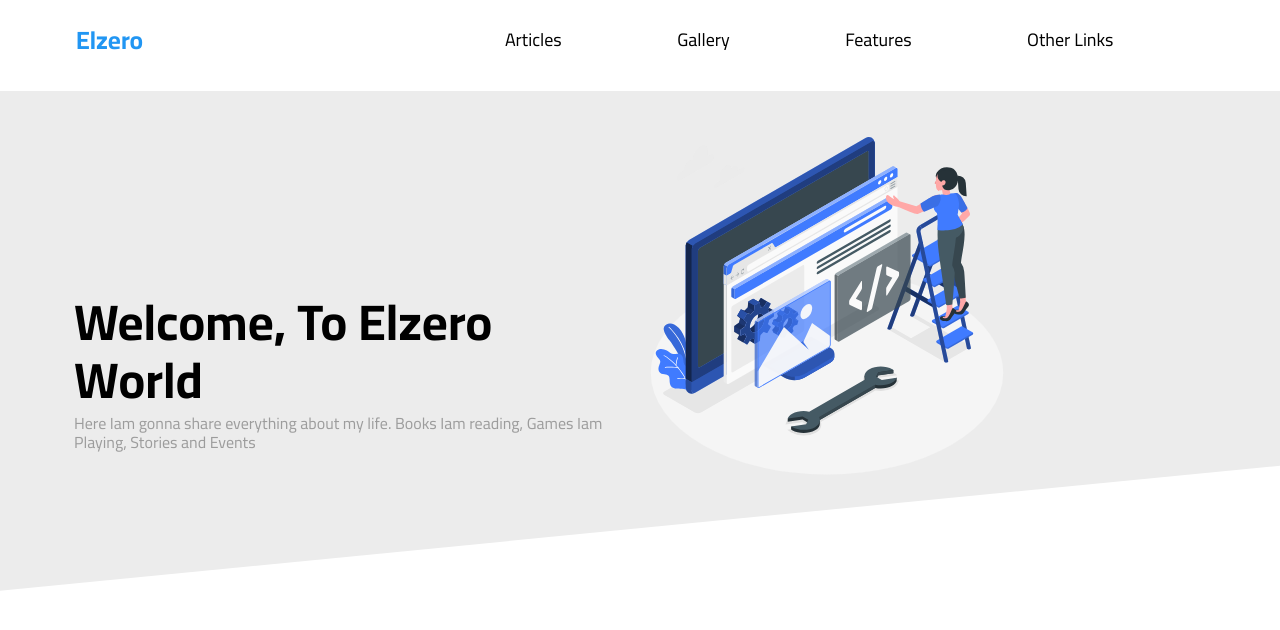
Repository: Toqa-25/elzeroAcdemey-Templete
Page: index.html
The author's editor kept a copy of each file at every save. The page is drawn from the files as they stood at one save, then again after the next save.
The browser window is 1280 px wide. The pictures show the whole page.

Above is the page before, as saved 2022-01-16 21:42:47.

After the next save:
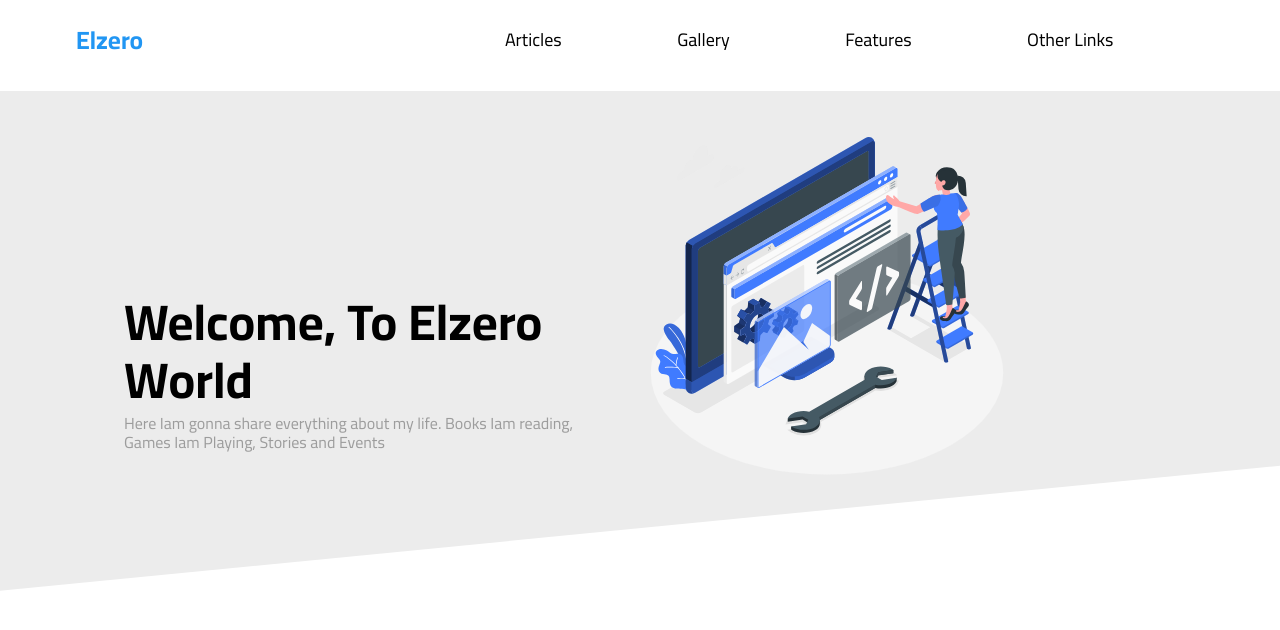
Saved 7 s later.
--- a/css/style.css
+++ b/css/style.css
@@ -271,7 +271,7 @@ nav{
 }
 .welcome-content-info{
     width:50%;
-    padding: 150px 10px;
+    padding: 150px 60px;
 }
 .welcome-content-info-head {
     font-size: 50px;
